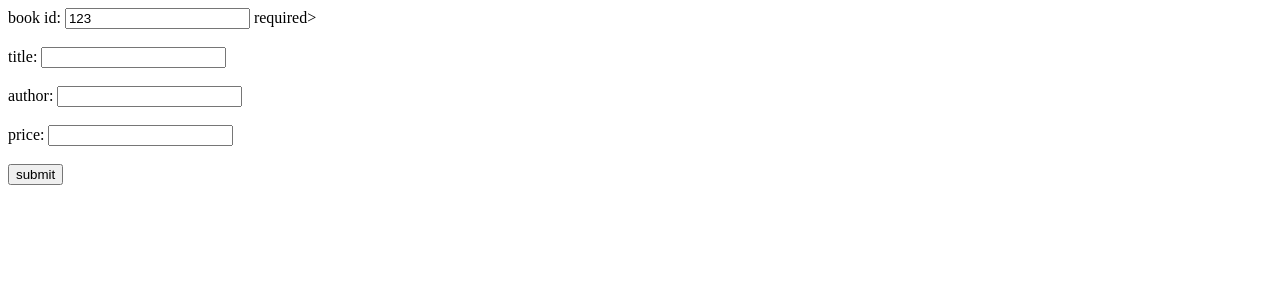
Repository: Saikumar6901/DBSTrainingModules
Page: http://localhost/Bookmanagement/jsps/updatedetails.jsp
These files come from the project's save history. The page is drawn as it stood at one moment and after the next save; the edit follows.
The browser window is 1280 px wide. The pictures show the whole page.
The page is served by Tomcat 9. Other server files are loaded and not shown.

Above is the page before, as saved 2019-08-16 16:34:45.

### eclipse/Bookmanagement/WebContent/jsps/updatedetails.jsp
<%@ page language="java" contentType="text/html; charset=ISO-8859-1"
    pageEncoding="ISO-8859-1"%>
<!DOCTYPE html>
<html>
<head>
<meta charset="ISO-8859-1">
<title>Insert title here</title>
</head>
<body>
<form action="../Servletcontroller">
<%request.getParameter("bookid");%>
 book id: <input type="number" name="bookid"
 value="123" %> required><br></br>
 title: <input type="text" name="title" required><br></br>
 author: <input type="text" name="author" required><br></br>
 price: <input type="number" name="price" required><br></br>
 <input type="hidden" name="bookdetails" value="update">
 <input type="submit" class="subbutton" value="submit"><br>
 </form>
</body>
</html>

After the next save:
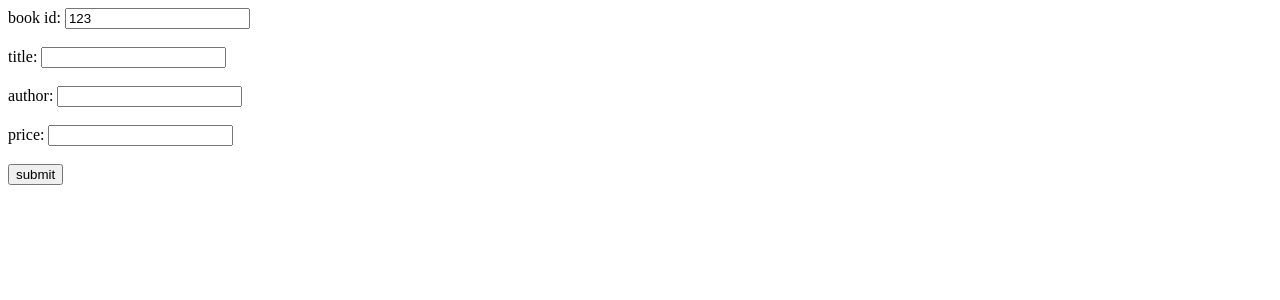
Saved 20 s later.
--- a/eclipse/Bookmanagement/WebContent/jsps/updatedetails.jsp
+++ b/eclipse/Bookmanagement/WebContent/jsps/updatedetails.jsp
@@ -9,8 +9,7 @@
 <body>
 <form action="../Servletcontroller">
 <%request.getParameter("bookid");%>
- book id: <input type="number" name="bookid"
- value="123" %> required><br></br>
+ book id: <input type="number" name="bookid"  value="123" required><br></br>
  title: <input type="text" name="title" required><br></br>
  author: <input type="text" name="author" required><br></br>
  price: <input type="number" name="price" required><br></br>
